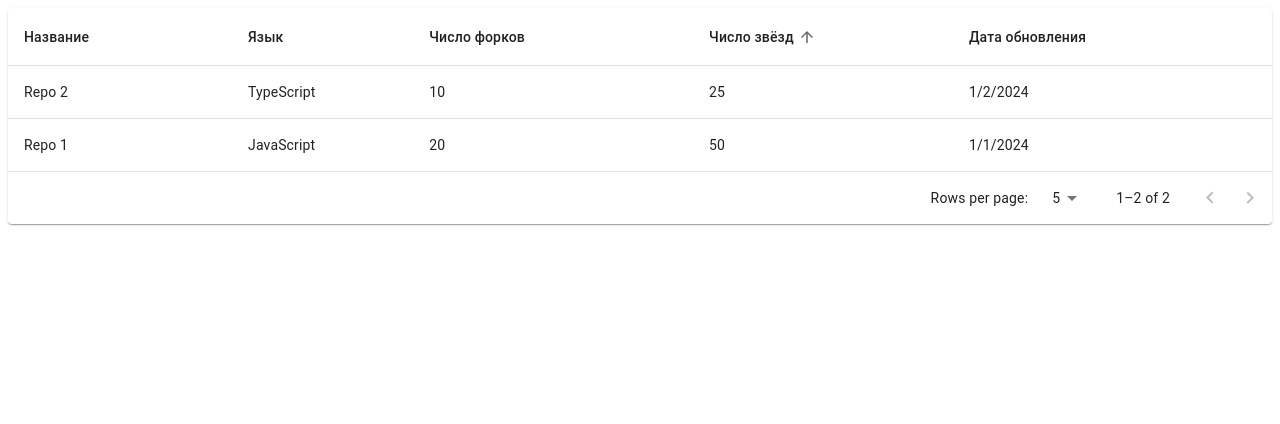
Repository: mnats725/github-repo-search
Page: /
The author's editor kept a copy of each file at every save. The page is drawn from the files as they stood at one save, then again after the next save.
The browser window is 1280 px wide. The pictures show the whole page.
The page's requests for data from a server got no answer. The project was rebuilt for these pictures with package versions that can differ from the ones it lists, and the page was loaded fresh each time. No one was signed in, and anything a server would have sent is missing. Also part of the build but not shown: vite.config.ts.

Above is the page before, as saved 2024-08-07 23:57:46.

After the next save:
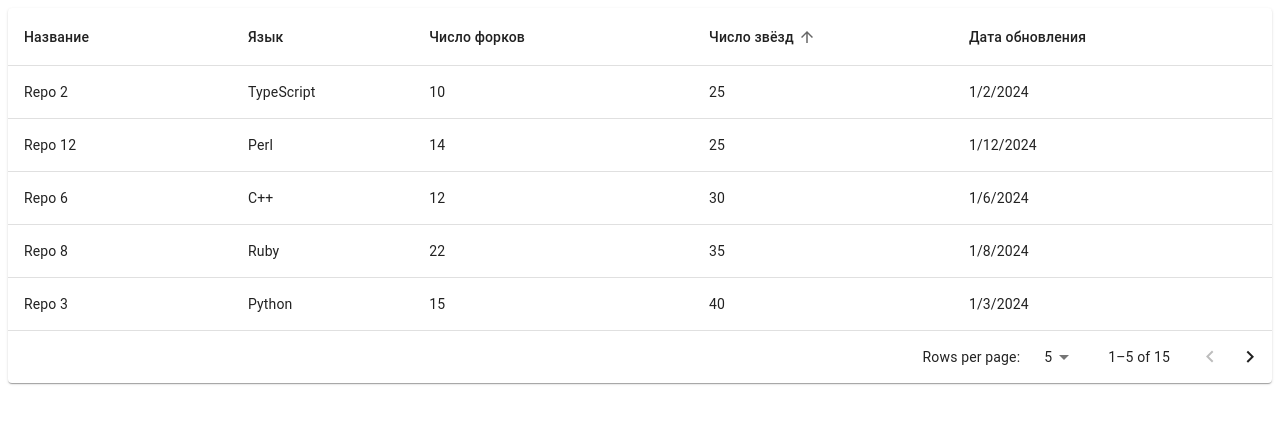
Saved 56 s later.
--- a/src/components/ui/repository-table/repository-table.tsx
+++ b/src/components/ui/repository-table/repository-table.tsx
@@ -27,7 +27,136 @@
     description: "This is repository 2",
     license: { name: "Apache 2.0" },
   },
-  // Добавьте больше данных по необходимости
+  {
+    id: 3,
+    name: "Repo 3",
+    language: "Python",
+    forks_count: 15,
+    stargazers_count: 40,
+    updated_at: "2024-01-03T12:00:00Z",
+    description: "This is repository 3",
+    license: { name: "GPL" },
+  },
+  {
+    id: 4,
+    name: "Repo 4",
+    language: "Go",
+    forks_count: 30,
+    stargazers_count: 60,
+    updated_at: "2024-01-04T12:00:00Z",
+    description: "This is repository 4",
+    license: { name: "MIT" },
+  },
+  {
+    id: 5,
+    name: "Repo 5",
+    language: "Java",
+    forks_count: 25,
+    stargazers_count: 55,
+    updated_at: "2024-01-05T12:00:00Z",
+    description: "This is repository 5",
+    license: { name: "Apache 2.0" },
+  },
+  {
+    id: 6,
+    name: "Repo 6",
+    language: "C++",
+    forks_count: 12,
+    stargazers_count: 30,
+    updated_at: "2024-01-06T12:00:00Z",
+    description: "This is repository 6",
+    license: { name: "GPL" },
+  },
+  {
+    id: 7,
+    name: "Repo 7",
+    language: "C#",
+    forks_count: 18,
+    stargazers_count: 45,
+    updated_at: "2024-01-07T12:00:00Z",
+    description: "This is repository 7",
+    license: { name: "MIT" },
+  },
+  {
+    id: 8,
+    name: "Repo 8",
+    language: "Ruby",
+    forks_count: 22,
+    stargazers_count: 35,
+    updated_at: "2024-01-08T12:00:00Z",
+    description: "This is repository 8",
+    license: { name: "Apache 2.0" },
+  },
+  {
+    id: 9,
+    name: "Repo 9",
+    language: "Swift",
+    forks_count: 28,
+    stargazers_count: 50,
+    updated_at: "2024-01-09T12:00:00Z",
+    description: "This is repository 9",
+    license: { name: "GPL" },
+  },
+  {
+    id: 10,
+    name: "Repo 10",
+    language: "Kotlin",
+    forks_count: 17,
+    stargazers_count: 40,
+    updated_at: "2024-01-10T12:00:00Z",
+    description: "This is repository 10",
+    license: { name: "MIT" },
+  },
+  {
+    id: 11,
+    name: "Repo 11",
+    language: "Dart",
+    forks_count: 20,
+    stargazers_count: 55,
+    updated_at: "2024-01-11T12:00:00Z",
+    description: "This is repository 11",
+    license: { name: "Apache 2.0" },
+  },
+  {
+    id: 12,
+    name: "Repo 12",
+    language: "Perl",
+    forks_count: 14,
+    stargazers_count: 25,
+    updated_at: "2024-01-12T12:00:00Z",
+    description: "This is repository 12",
+    license: { name: "GPL" },
+  },
+  {
+    id: 13,
+    name: "Repo 13",
+    language: "Scala",
+    forks_count: 27,
+    stargazers_count: 65,
+    updated_at: "2024-01-13T12:00:00Z",
+    description: "This is repository 13",
+    license: { name: "MIT" },
+  },
+  {
+    id: 14,
+    name: "Repo 14",
+    language: "Rust",
+    forks_count: 19,
+    stargazers_count: 42,
+    updated_at: "2024-01-14T12:00:00Z",
+    description: "This is repository 14",
+    license: { name: "Apache 2.0" },
+  },
+  {
+    id: 15,
+    name: "Repo 15",
+    language: "Elixir",
+    forks_count: 21,
+    stargazers_count: 48,
+    updated_at: "2024-01-15T12:00:00Z",
+    description: "This is repository 15",
+    license: { name: "GPL" },
+  },
 ];
 
 export const RepositoryTable = () => {
